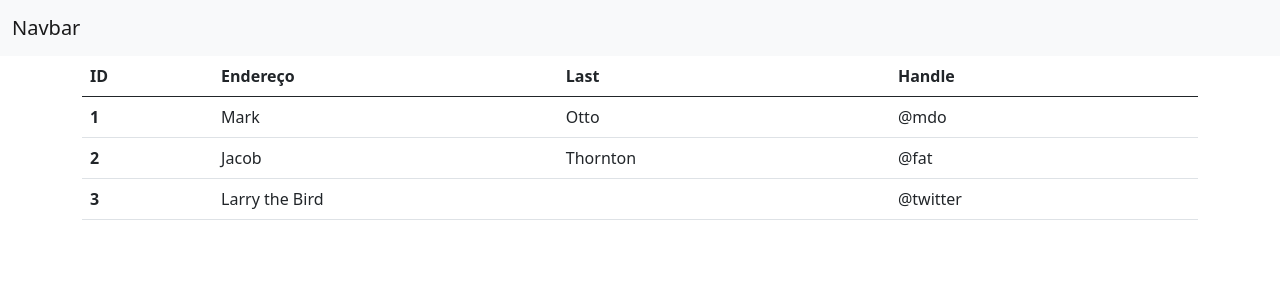
Repository: Luckycaat/eloquent-ORM
Page: http://localhost/clients
These files come from the project's save history. The page is drawn as it stood at one moment and after the next save; the edit follows.
The browser window is 1280 px wide. The pictures show the whole page.
The page is served by the project's Laravel application, run on PHP 8.4 with Laravel 9. Other server files are loaded and not shown. Queries for data that is not in the repository find no rows.

Above is the page before, as saved 2022-09-20 14:45:48.

### routes/web.php
<?php

use App\Http\Controllers\ClientController;
use App\Http\Controllers\Saudacao;
use App\Http\Controllers\SiteController;

use Illuminate\Support\Facades\Route;

/*
|--------------------------------------------------------------------------
| Web Routes
|--------------------------------------------------------------------------
|
| Here is where you can register web routes for your application. These
| routes are loaded by the RouteServiceProvider within a group which
| contains the "web" middleware group. Now create something great!
|
*/

// Route::get('/', function () {
//     return view('welcome');
// });

Route::get('/', [SiteController::class, 'index']);
Route::get('/sobre', [SiteController::class, 'sobre']);
Route::get('/servicos', [SiteController::class, 'servicos']);
Route::get('/servico/{id}', [SiteController::class, 'servico']);

Route::get('/saudacao/{nome?}', Saudacao::class);

Route::get('/clients', [ClientController::class, 'index']);

### app/Http/Controllers/Saudacao.php
<?php

namespace App\Http\Controllers;

use Illuminate\Contracts\View\View;
use Illuminate\Http\Request;

class Saudacao extends Controller
{
    /**
     * Handle the incoming request.
     *
     * @param  string $nome
     * @return void
     */
    public function __invoke(string $nome = 'Pedro')
    {
        return view('saudacao', [
            'nome' => $nome,
        ]);
        // return view('saudacao')->with('nome', $nome);

    }
}

### app/Http/Controllers/ClientController.php
<?php

namespace App\Http\Controllers;

use Illuminate\Http\Request;
use App\Models\Client;

class ClientController extends Controller
{
    public function index()
    {
        $clients = Client::get();

        return view('clients.index', [
            'clients' => $clients,
        ]);
    }
}

### resources/views/clients/index.blade.php
<!doctype html>
<html lang="en">

<head>
    <!-- Required meta tags -->
    <meta charset="utf-8">
    <meta name="viewport" content="width=device-width, initial-scale=1">

    <!-- Bootstrap CSS -->
    <link href="https://cdn.jsdelivr.net/npm/bootstrap@5.0.2/dist/css/bootstrap.min.css" rel="stylesheet"
        integrity="sha384-EVSTQN3/azprG1Anm3QDgpJLIm9Nao0Yz1ztcQTwFspd3yD65VohhpuuCOmLASjC" crossorigin="anonymous">

    <title>Hello, world!</title>
</head>

<body>
    <nav class="navbar navbar-light bg-light">
        <div class="container-fluid">
            <a class="navbar-brand" href="#">Navbar</a>
        </div>
    </nav>

    <div class="container">
        <table class="table">
            <thead>
                <tr>
                    <th scope="col">ID</th>
                    <th scope="col">Endereço</th>
                    <th scope="col">Last</th>
                    <th scope="col">Handle</th>
                </tr>
            </thead>
            <tbody>
                <tr>
                    <th scope="row">1</th>
                    <td>Mark</td>
                    <td>Otto</td>
                    <td>@mdo</td>
                </tr>
                <tr>
                    <th scope="row">2</th>
                    <td>Jacob</td>
                    <td>Thornton</td>
                    <td>@fat</td>
                </tr>
                <tr>
                    <th scope="row">3</th>
                    <td colspan="2">Larry the Bird</td>
                    <td>@twitter</td>
                </tr>
            </tbody>
        </table>
    </div>

    <!-- Optional JavaScript; choose one of the two! -->

    <!-- Option 1: Bootstrap Bundle with Popper -->
    <script src="https://cdn.jsdelivr.net/npm/bootstrap@5.0.2/dist/js/bootstrap.bundle.min.js"
        integrity="sha384-MrcW6ZMFYlzcLA8Nl+NtUVF0sA7MsXsP1UyJoMp4YLEuNSfAP+JcXn/tWtIaxVXM" crossorigin="anonymous">
    </script>

    <!-- Option 2: Separate Popper and Bootstrap JS -->
    <!--
    <script src="https://cdn.jsdelivr.net/npm/@popperjs/core@2.9.2/dist/umd/popper.min.js"
        integrity="sha384-IQsoLXl5PILFhosVNubq5LC7Qb9DXgDA9i+tQ8Zj3iwWAwPtgFTxbJ8NT4GN1R8p" crossorigin="anonymous">
    </script>
    <script src="https://cdn.jsdelivr.net/npm/bootstrap@5.0.2/dist/js/bootstrap.min.js"
        integrity="sha384-cVKIPhGWiC2Al4u+LWgxfKTRIcfu0JTxR+EQDz/bgldoEyl4H0zUF0QKbrJ0EcQF" crossorigin="anonymous">
    </script>
    -->
</body>

</html>

Loaded but not shown: app/Http/Controllers/Controller.php (common file); app/Models/Client.php (common file)

After the next save:
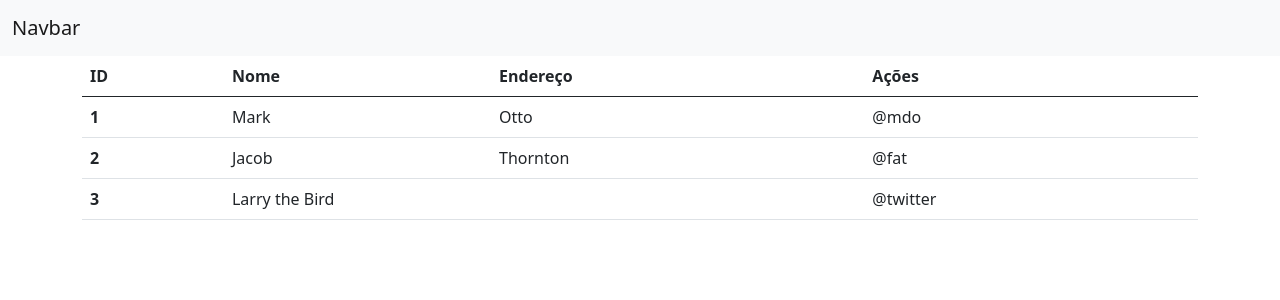
Saved 11 s later.
--- a/resources/views/clients/index.blade.php
+++ b/resources/views/clients/index.blade.php
@@ -25,9 +25,9 @@
             <thead>
                 <tr>
                     <th scope="col">ID</th>
+                    <th scope="col">Nome</th>
                     <th scope="col">Endereço</th>
-                    <th scope="col">Last</th>
-                    <th scope="col">Handle</th>
+                    <th scope="col">Ações</th>
                 </tr>
             </thead>
             <tbody>
